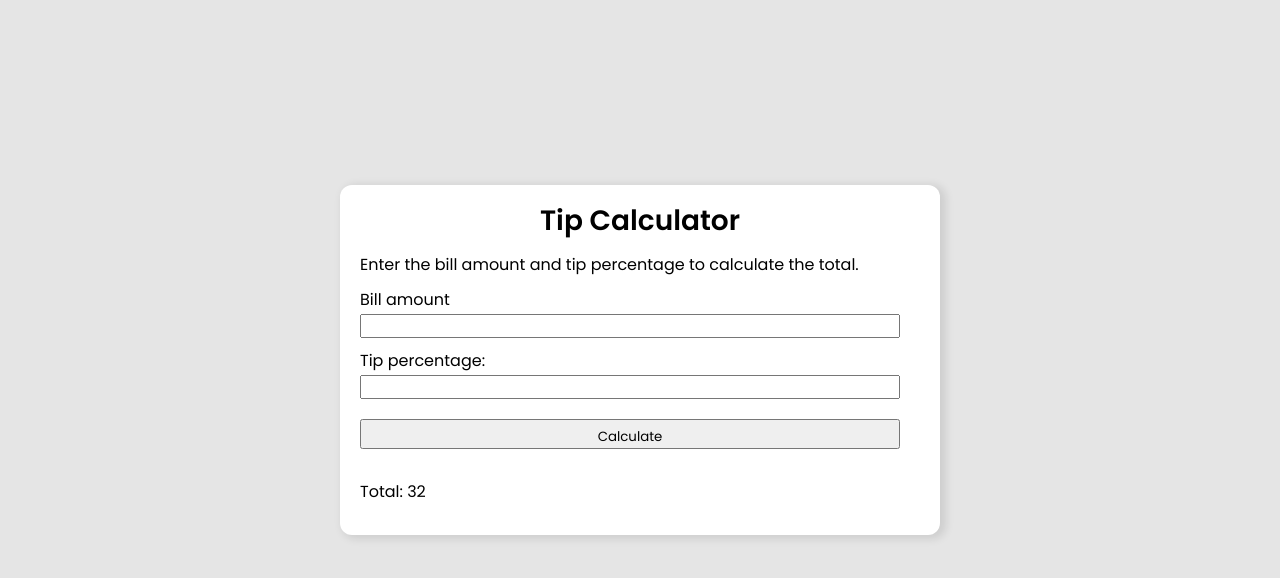
Repository: Ankitkr2021/Tip-Calculator
Page: index.html
These files come from the project's save history. The page is drawn as it stood at one moment and after the next save; the edit follows.
The browser window is 1280 px wide. The pictures show the whole page.

Above is the page before, as saved 2025-10-27 10:56:04.

After the next save:
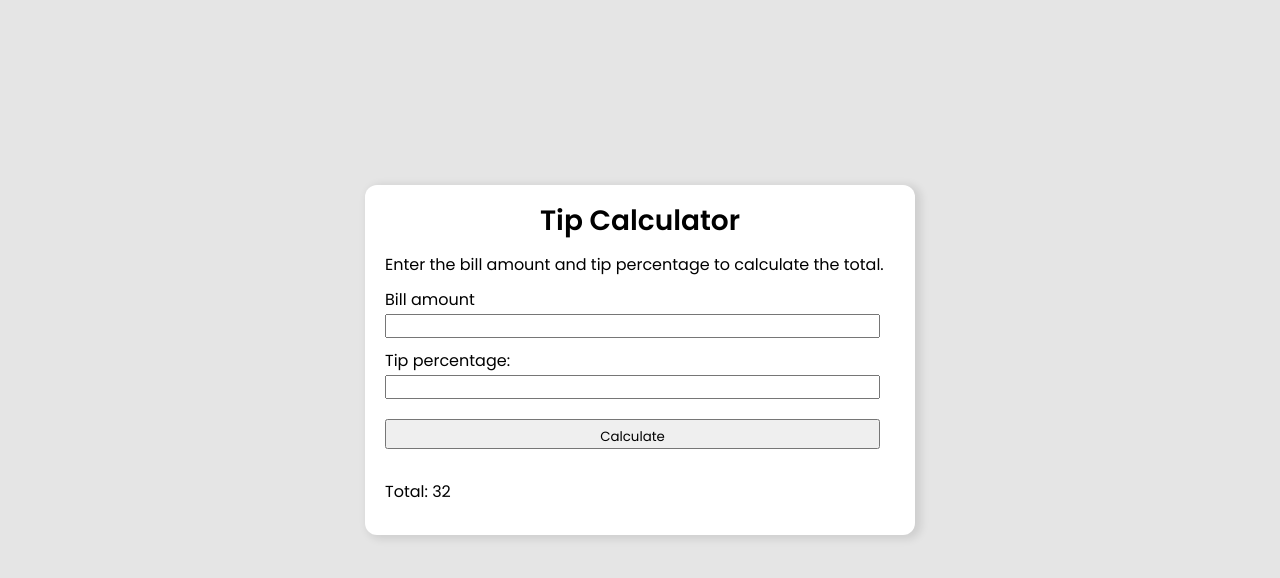
Saved 5 s later.
--- a/style.css
+++ b/style.css
@@ -19,7 +19,7 @@ body {
 .box {
     background: #fff;
     height: 350px;
-    width: 600px;
+    width: 550px;
     box-shadow: 4px 2px 8px 2px rgba(0,0,0,0.1);
     border-radius: 12px;
 }
